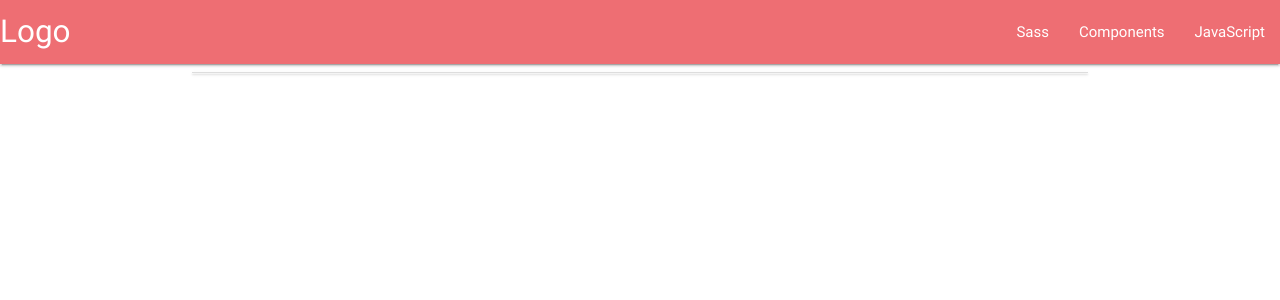
Repository: BLMcDonald/Milestone3
Page: http://localhost/
The author's editor kept a record of every edit. The page is drawn from the files as they stood at one moment, then again after the next edit.
The browser window is 1280 px wide. The pictures show the whole page.
Some web libraries are served in a nearby version. The page is served by the project's application, run on Flask 3 (app.py). Queries for data that is not in the repository find no rows.

Above is the page before.

After the next edit:
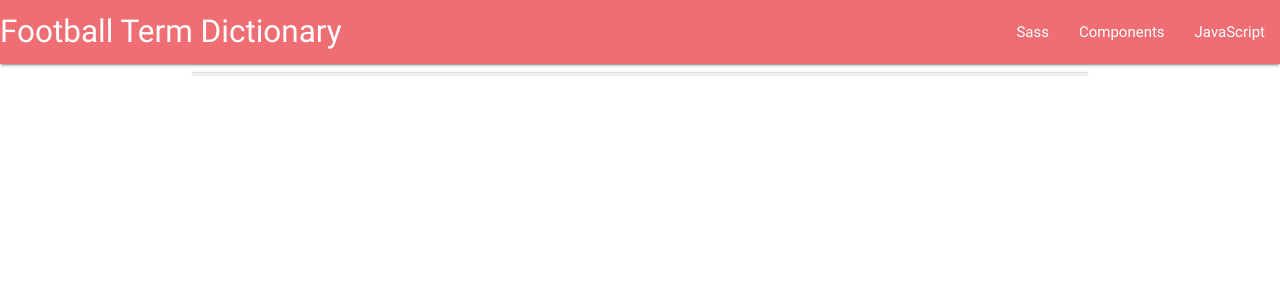
The edit:
--- a/templates/base.html
+++ b/templates/base.html
@@ -9,7 +9,7 @@
     <header>
         <nav>
             <div class="nav-wrapper">
-                <a href="#" class="brand-logo">Logo</a>
+                <a href="#" class="brand-logo">Football Term Dictionary</a>
                 <ul id="nav-mobile" class="right hide-on-med-and-down">
                     <li><a href="sass.html">Sass</a></li>
                     <li><a href="badges.html">Components</a></li>
